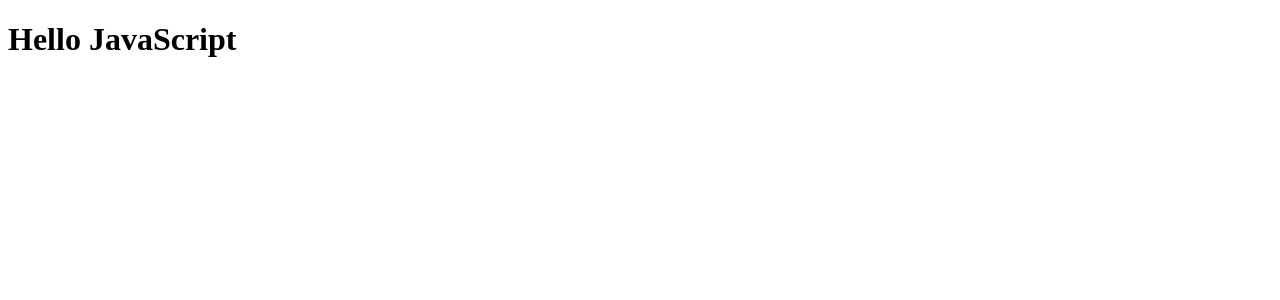
Repository: Seonhanbit/dev
Page: work_frontend/JavaScriptEx/WebContent/Index.html
The author's editor kept a copy of each file at every save. The page is drawn from the files as they stood at one save, then again after the next save.
The browser window is 1280 px wide. The pictures show the whole page.

Above is the page before, as saved 2019-09-02 00:36:29.

### work_frontend/JavaScriptEx/WebContent/Index.html
<!DOCTYPE html>
<html>
<head>
<meta charset="UTF-8">
<title>Insert title here</title>
</head>
<body>
	<h1>Hello JavaScript</h1>
</body>
</html>

After the next save:
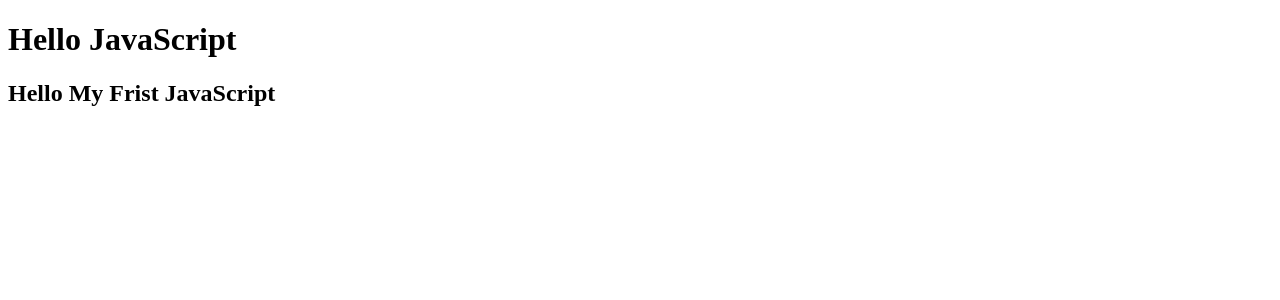
Saved 67 s later.
--- a/work_frontend/JavaScriptEx/WebContent/Index.html
+++ b/work_frontend/JavaScriptEx/WebContent/Index.html
@@ -2,9 +2,13 @@
 <html>
 <head>
 <meta charset="UTF-8">
-<title>Insert title here</title>
+<title>Hello JavaScript</title>
 </head>
 <body>
 	<h1>Hello JavaScript</h1>
+	<script type="text/javascript">
+		window.document.write("<h2>Hello My Frist JavaScript</h2>");
+
+	</script>
 </body>
 </html>
